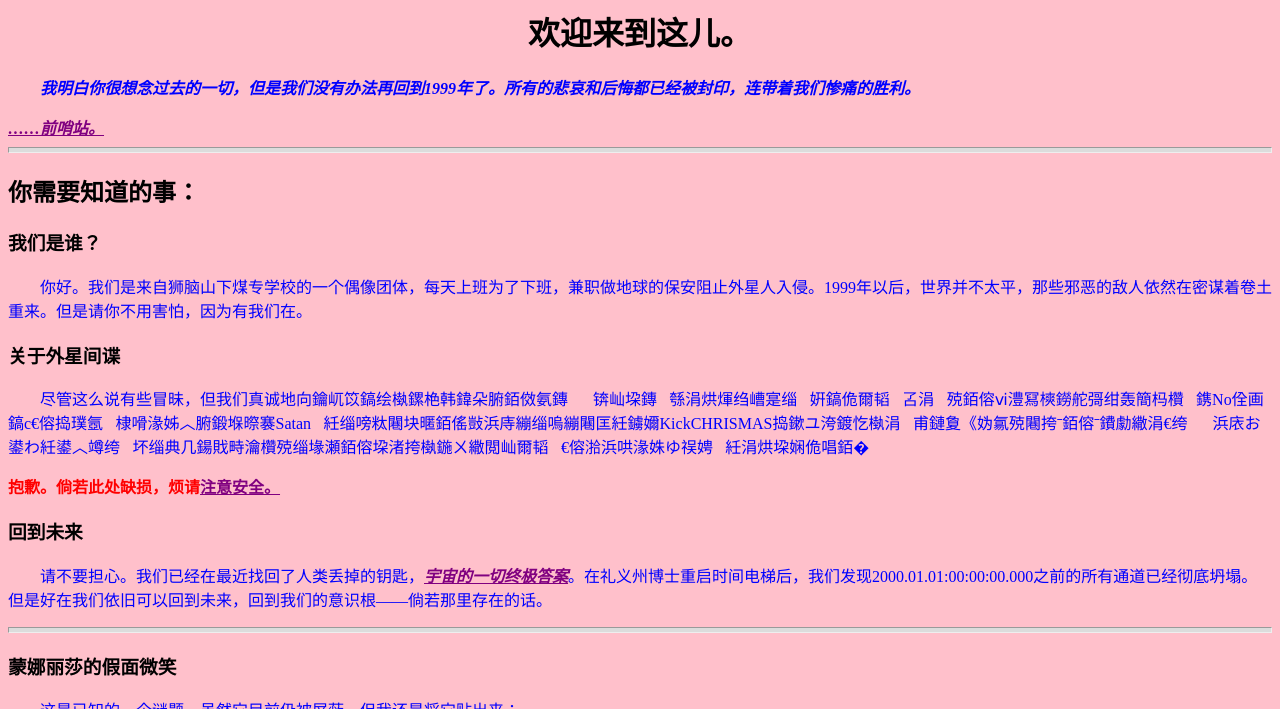
Repository: Yeyuehuke/Webstudy-Feidian
Page: 02-CSSlearning/02-WorkingwithText/index.html
These files come from the project's save history. The page is drawn as it stood at one moment and after a run of saves; the edit follows.
The browser window is 1280 px wide. The pictures show the part of the page from y = 0 to 709 px (the page is 945 px tall before and 937 px after).
A picture or video elsewhere on the page could not be fetched, so the positions and the page height are approximate.

Above is the page before, as saved 2020-05-18 16:13:31.

After the next 3 saves:
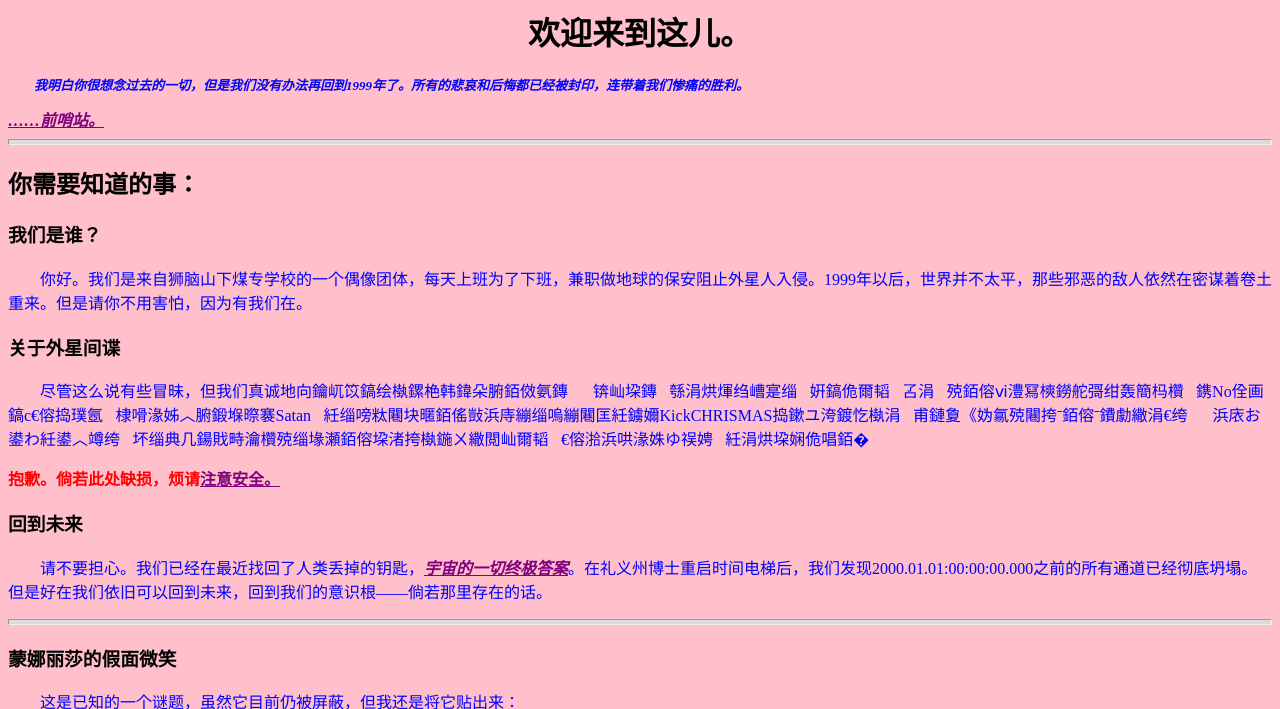
The 3 saves are shown as one change because they came seconds apart.
The last was saved 14 s later.
--- a/02-CSSlearning/02-WorkingwithText/index.html
+++ b/02-CSSlearning/02-WorkingwithText/index.html
@@ -1,6 +1,6 @@
 <html>
     <head>
-        <link href="01-fontfamily.css" type="text/css" rel="stylesheet"/>
+        <link href="03-font-style.css" type="text/css" rel="stylesheet"/>
         <title>倒数防御计划</title>
     </head>
     <body>
